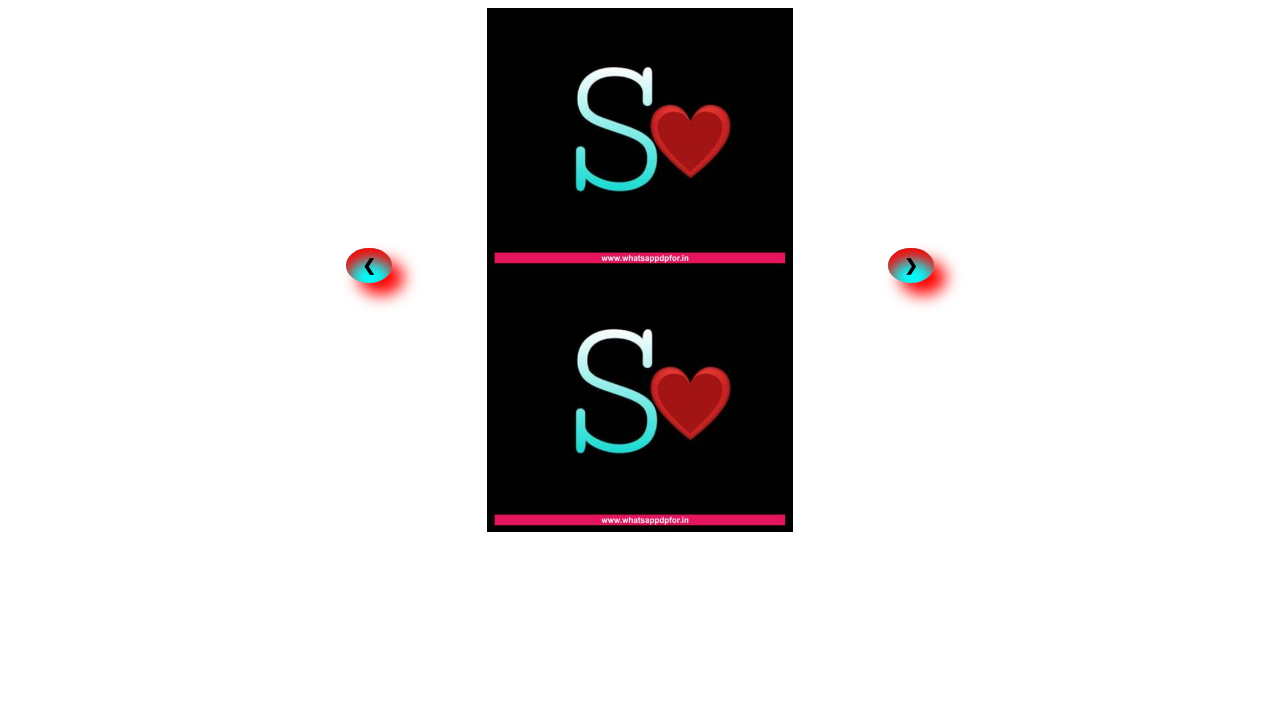
Repository: SAYYODTURINALIYEV/sassasa
Page: slider.html
The author's editor kept a copy of each file at every save. The page is drawn from the files as they stood at one save, then again after the next save.
The browser window is 1280 px wide. The pictures show the whole page.

Above is the page before, as saved 2022-05-19 16:30:50.

After the next save:
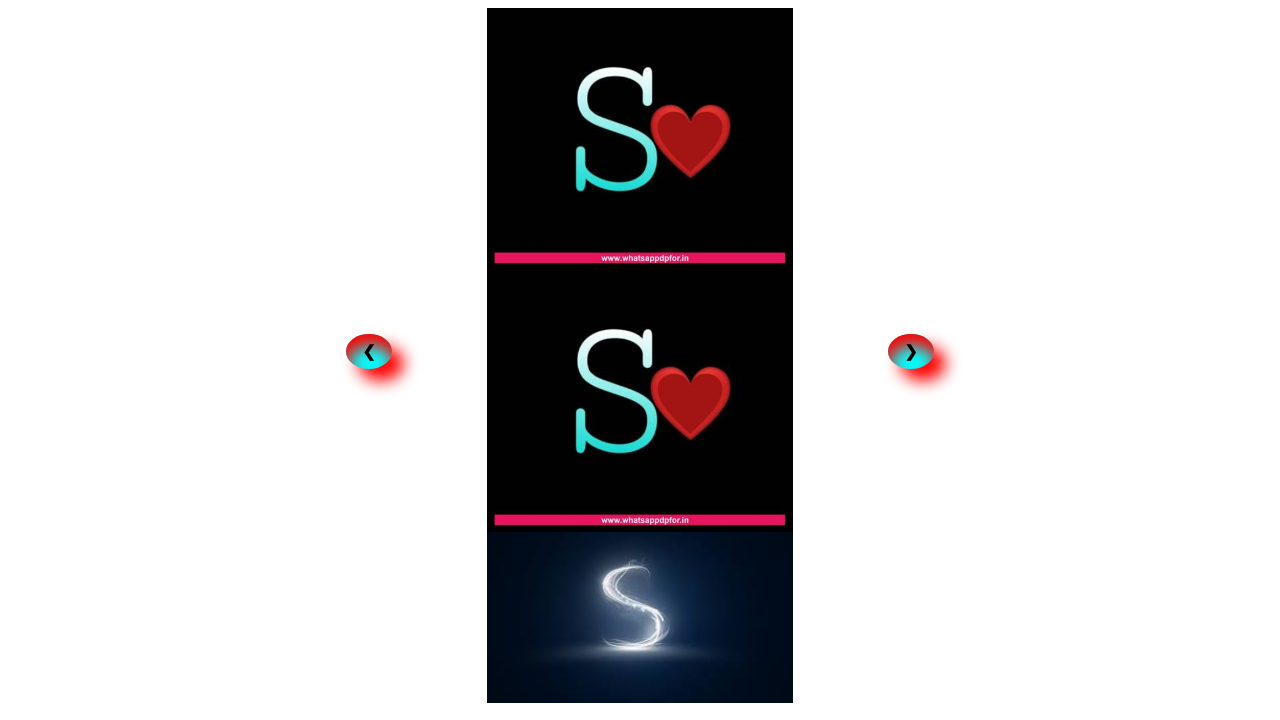
Saved 44 s later.
--- a/slider.html
+++ b/slider.html
@@ -12,7 +12,7 @@
 <body>
 
     <div class="rasmlar">
-        <div class="imageSlides">
+        <div class="rasmlar">
             <img src="images/s1.jpg">
             <img src="images/s1.jpg">
         </div>

After the 3 saves that followed:
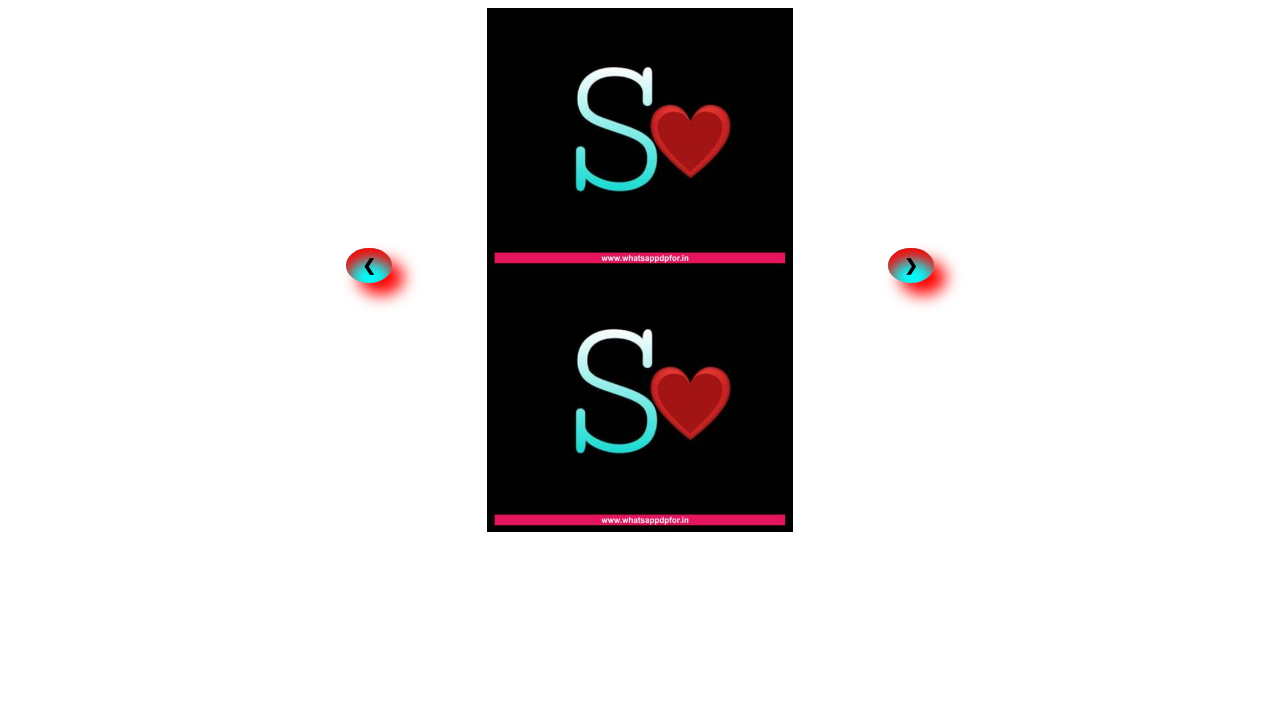
The 3 saves are shown as one change because 2 left the picture as it was.
The last was saved 40 s later.
--- a/slider.html
+++ b/slider.html
@@ -12,12 +12,12 @@
 <body>
 
     <div class="rasmlar">
-        <div class="rasmlar">
+        <div class="rasmlar_uz">
             <img src="images/s1.jpg">
             <img src="images/s1.jpg">
         </div>
 
-        <div class="imageSlides">
+        <div class="rasmlar_uz">
             <img src="images/s3.jpg">
         </div>
         <a class="slider-btn previous" onclick="setSlides(-1)">❮</a>
--- a/slider.js
+++ b/slider.js
@@ -3,7 +3,7 @@
 
 function displaySlides(num) {
     var x;
-    var slides = document.getElementsByClassName("imageSlides");
+    var slides = document.getElementsByClassName("rasmlar_uz");
     if (num > slides.length) { currentIndex = 1 }
     if (num < 1) { currentIndex = slides.length }
     for (x = 0; x < slides.length; x++) {
